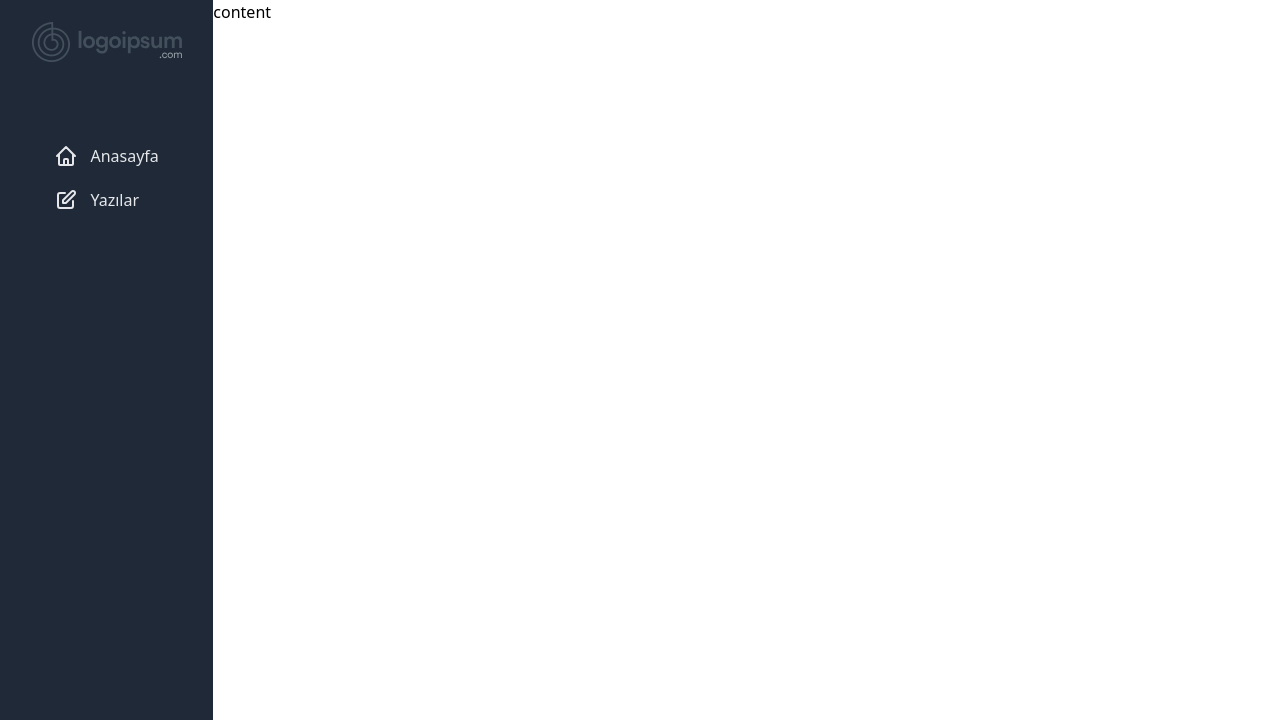
Repository: daskafa/Lavue-ui
Page: /admin
These files come from the project's save history. The page is drawn as it stood at one moment and after the next save; the edit follows.
The browser window is 1280 px wide. The pictures show the whole page.
The project was rebuilt for these pictures with package versions that can differ from the ones it lists, and the page was loaded fresh each time. Also part of the build but not shown: src/views/Homepage.vue.

Above is the page before, as saved 2022-02-21 23:23:02.

After the next save:
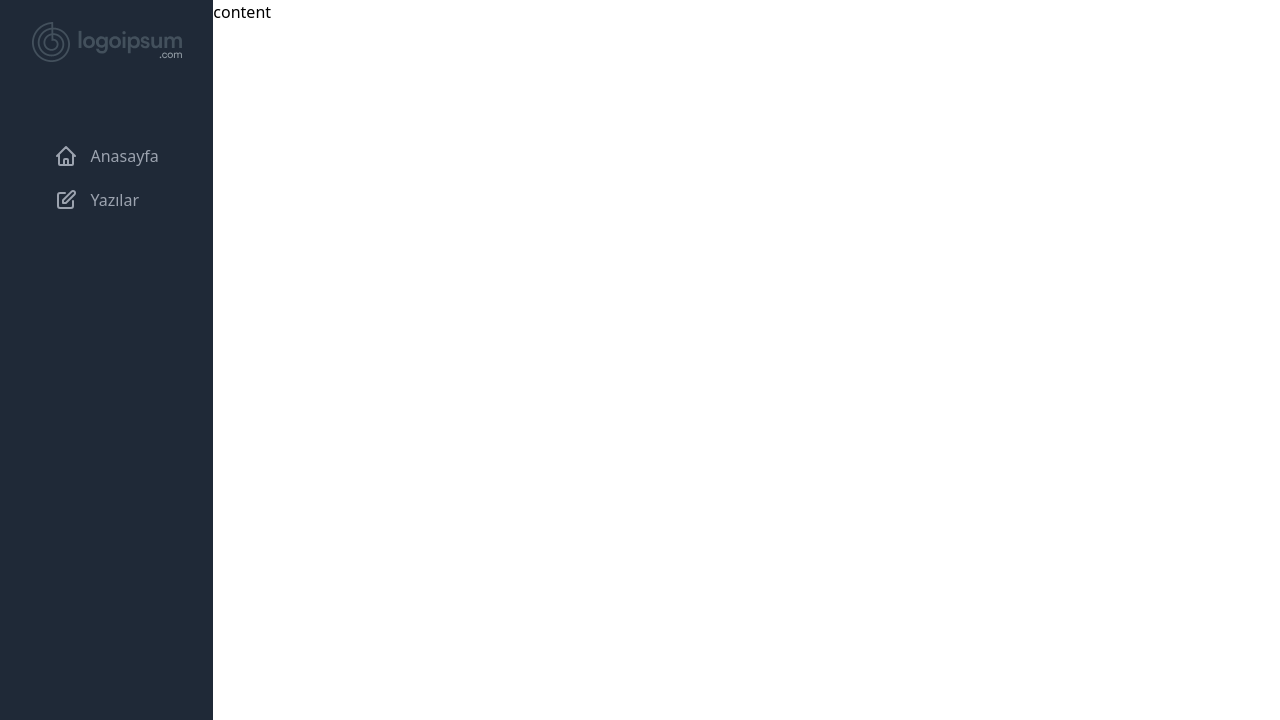
Saved 48 s later.
--- a/src/components/Sidebar.vue
+++ b/src/components/Sidebar.vue
@@ -62,6 +62,6 @@
     }
     .sidebar-menu-items li svg,
     .sidebar-menu-items li span{
-        color: #e5e7eb;
+        color: rgb(156, 163, 175);
     }
 </style>
